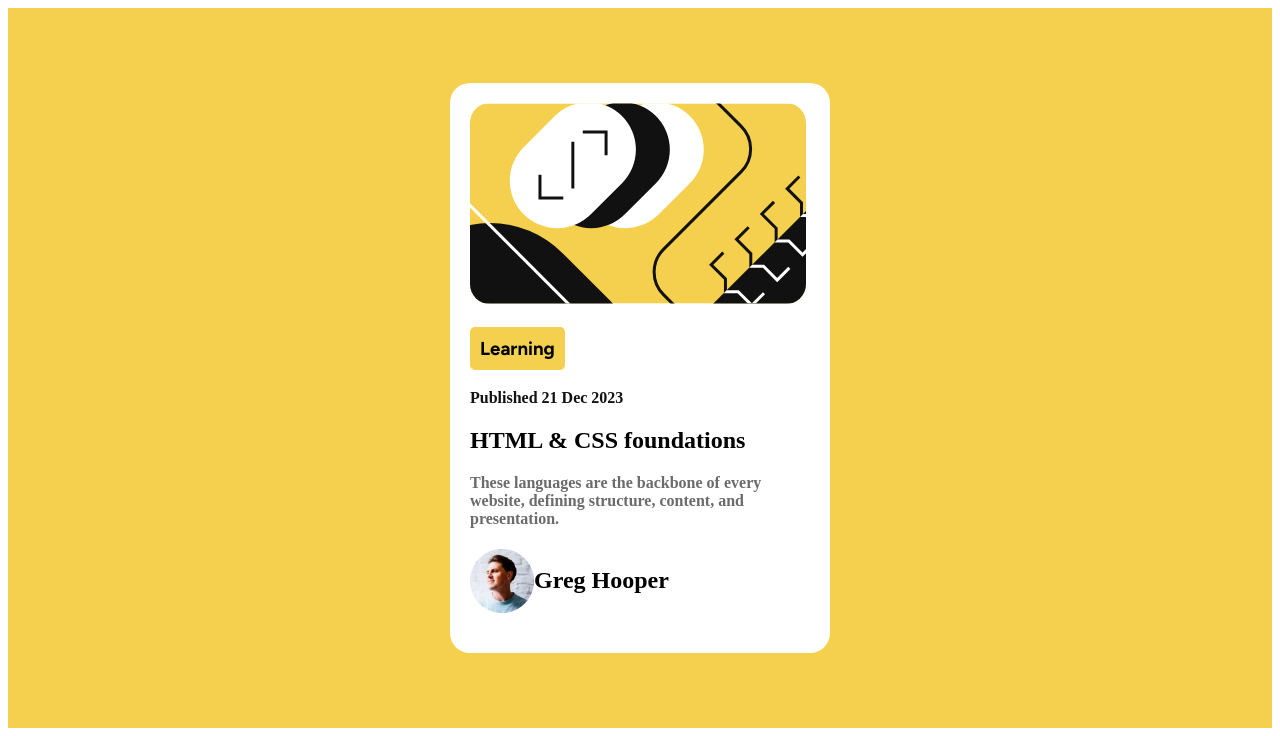
Repository: reemoon-ctrl/blog-preview-card
Page: index.html
These files come from the project's save history. The page is drawn as it stood at one moment and after a run of saves; the edit follows.
The browser window is 1280 px wide. The pictures show the whole page.

Above is the page before, as saved 2024-07-19 14:46:42.

### index.html
<!DOCTYPE html>
<html>
    <head>
        <title>Frontend Mentor | Blog preview card</title>
        <link rel="stylesheet" href="index.css" />
        <style>
            @import url('https://fonts.googleapis.com/css2?family=Figtree:ital,wght@0,300..900;1,300..900&display=swap');
        </style>


    </head>
    <body>
        <article class="blog-card-article">
            <div class="blog-card">
                <img class="blog-img"src="img\illustration-article.svg" alt="illustration-article" />
                <h3 class="blog-category">Learning</h3>
                <b class="blog-date">Published 21 Dec 2023</b>
                <h1 class="blog-title">HTML & CSS foundations</h1>
                <b class="blog-discrip">These languages are the backbone of every website, defining structure, content, and presentation.</b>
                <h2 class="blog-author"><img  src="img\image-avatar.webp" alt="Greg Hooper avatar"/>Greg Hooper</h2>
            </div>
        </article>

    </body>
</html>

### index.css
.blog-card-article{
    min-height: 100vh;
    display: flex;
    align-items:center;
    justify-content: center;
    background-color: hsl(47, 88%, 63%);


}

.blog-card{
    background-color: white;
    padding: 20px;
    border-radius: 20px;
    flex-basis: 340px;
}

.blog-img{
    border-radius: 20px;


}

.blog-category{

    background-color: hsl(47, 88%, 63%);
    width:fit-content;
    border-radius: 5px;
    padding: 10px 10px;
    font-family: "Figtree", sans-serif;
    font-optical-sizing: auto;
    font-weight: 500px;
    font-style: normal;



}

.blog-date{
    color: hsl(0, 0%, 7%);

}

.blog-title{

}
.blog-discrip{
    color:hsl(0, 0%, 42%);

}

.blog-author{
    display: flex;
    align-items:center;

}

After the next 2 saves:
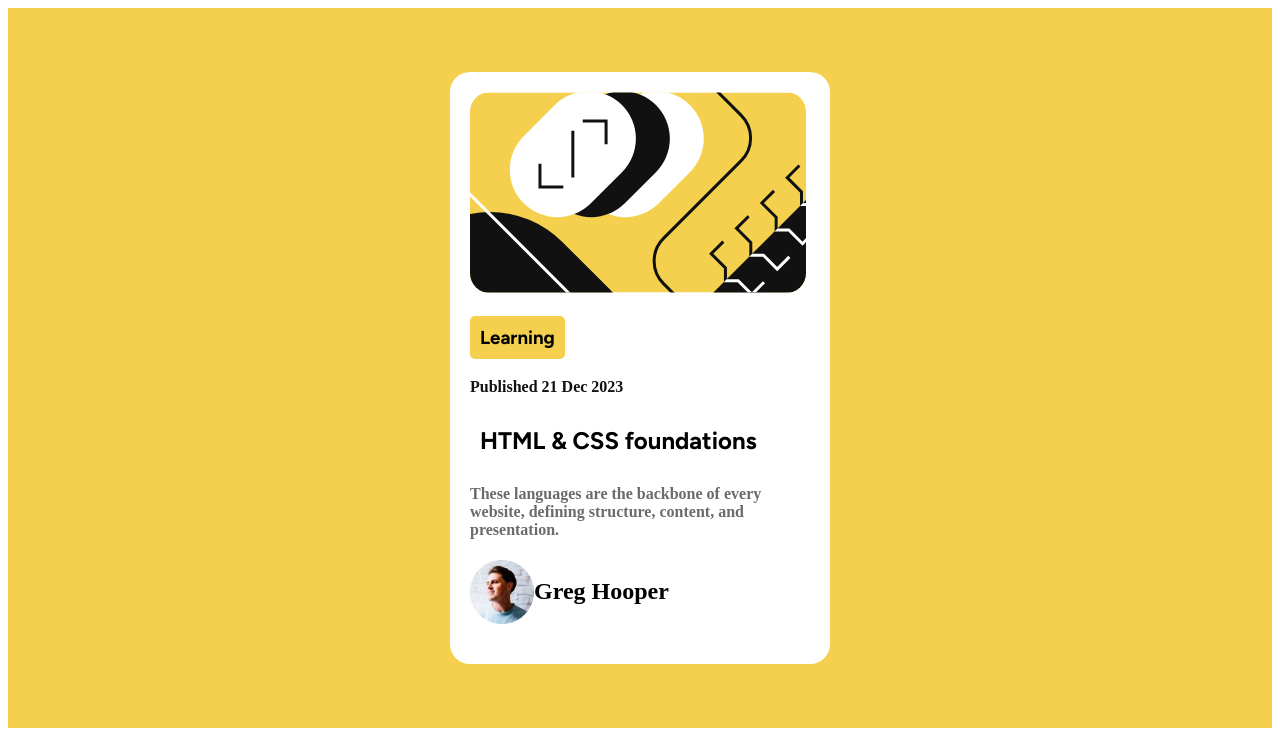
The 2 saves are shown as one change because they came seconds apart.
The last was saved 37 s later.
--- a/index.css
+++ b/index.css
@@ -42,6 +42,11 @@
 }
 
 .blog-title{
+    padding: 10px 10px;
+    font-family: "Figtree", sans-serif;
+    font-optical-sizing: auto;
+    font-weight: 500px;
+    font-style: normal;
 
 }
 .blog-discrip{
